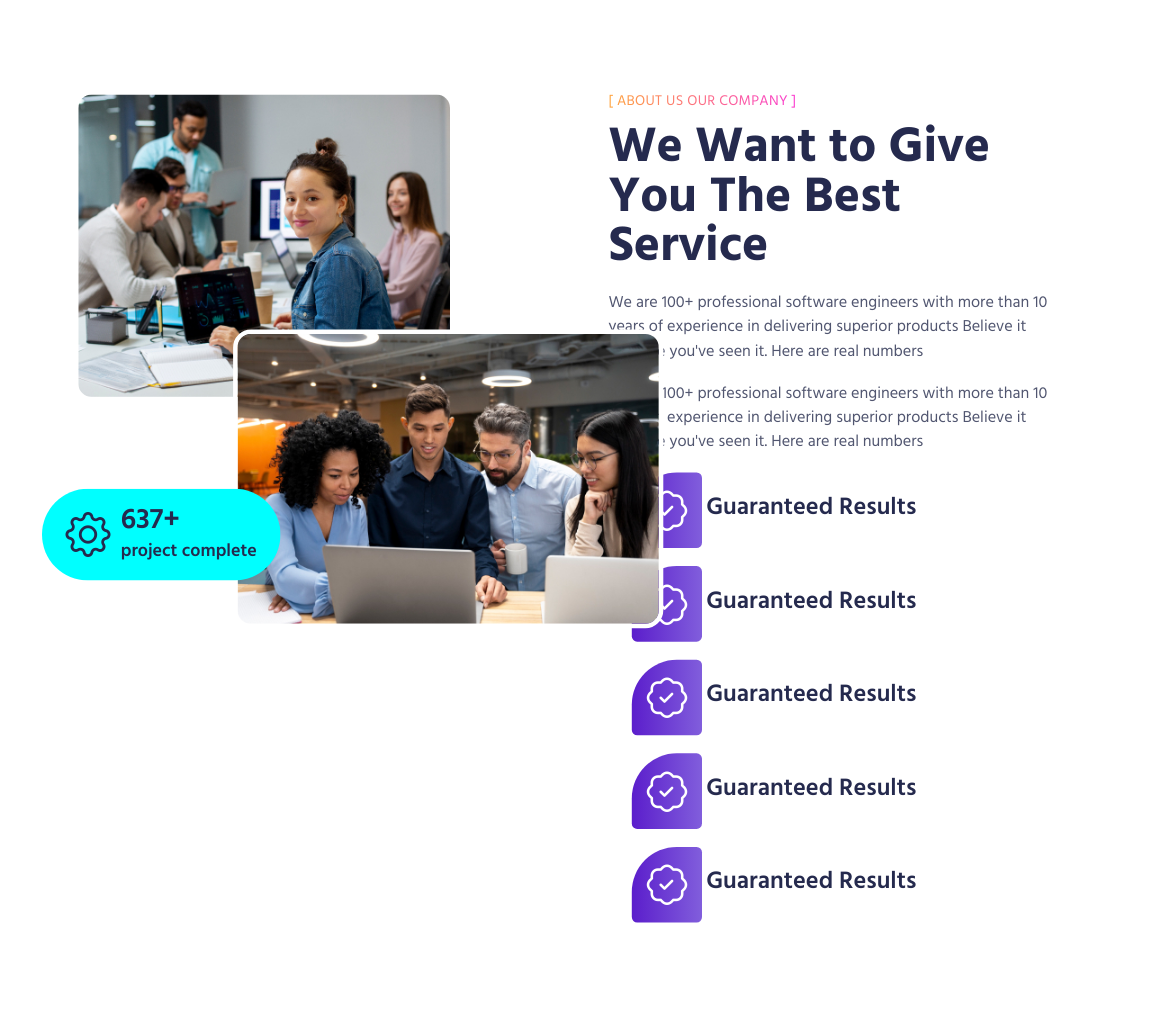
Repository: tagnam/mirehel2.0
Page: about.html
The author's editor kept a copy of each file at every save. The page is drawn from the files as they stood at one save, then again after the next save.
The browser window is 1280 px wide. The pictures show the whole page, at 90% of full size.

Above is the page before, as saved 2025-02-03 12:26:39.

After the next save:
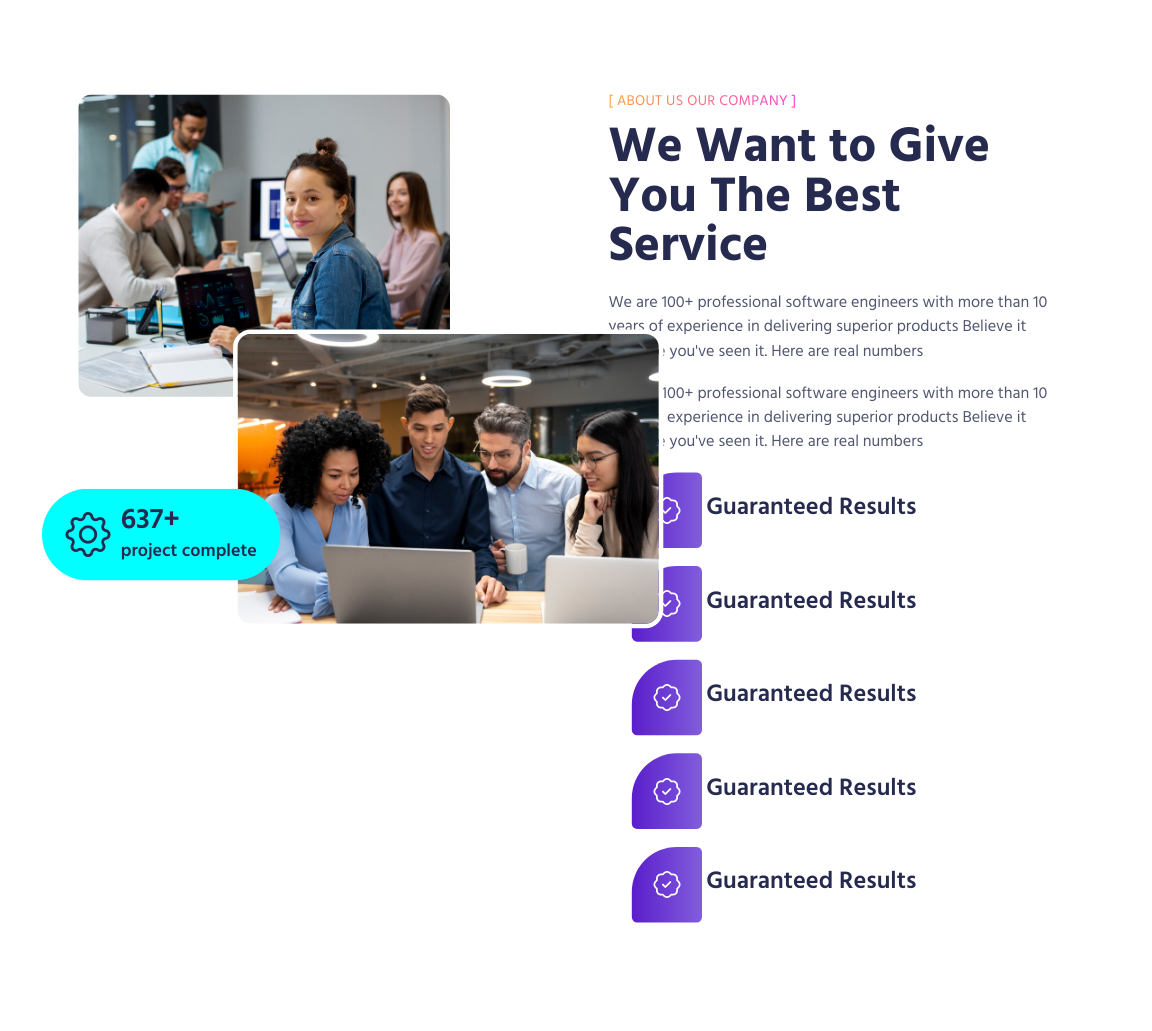
Saved 29 s later.
--- a/style/css/style.css
+++ b/style/css/style.css
@@ -195,7 +195,7 @@ section{
 }
 
 .about-icon .bi{
-    font-size: 45px;
+    font-size: 30px;
     color: #fff;
     display: flex;
     justify-content: center;
